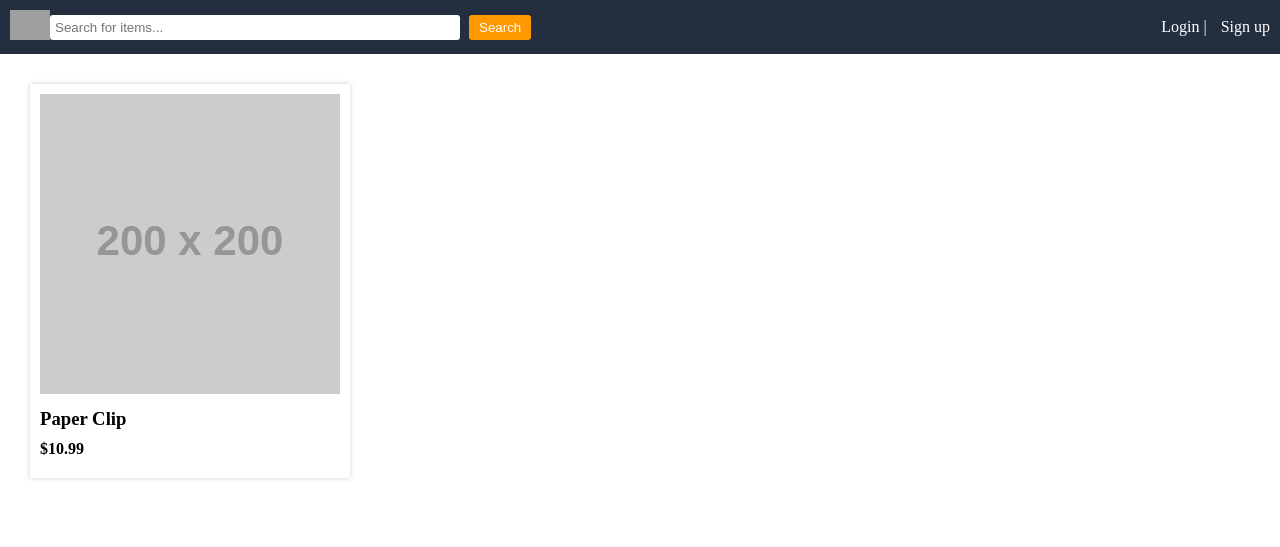
Repository: Minh-John-Le/OfficeSupplyDepot
Page: OfficeSupplyDepotServlet/src/main/webapp/MainPage.html
The author's editor kept a copy of each file at every save. The page is drawn from the files as they stood at one save, then again after the next save.
The browser window is 1280 px wide. The pictures show the whole page.
Pictures or frames that could not be fetched are drawn as grey boxes.

Above is the page before, as saved 2023-03-13 06:30:34.

After the next save:
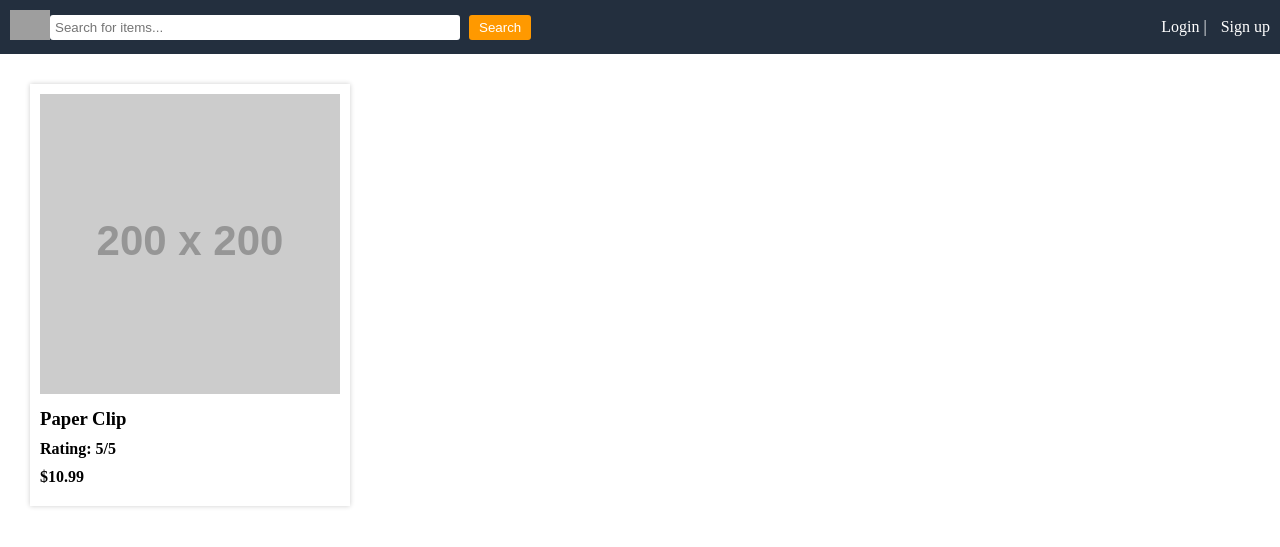
Saved 35 s later.
--- a/OfficeSupplyDepotServlet/src/main/webapp/MainPage.html
+++ b/OfficeSupplyDepotServlet/src/main/webapp/MainPage.html
@@ -22,13 +22,7 @@
 		<div class="item-box">
 			<img src="https://dummyimage.com/200x200/000/fff&text=Paperclips">
 			<h3>Paper Clip</h3>
-			<div class="rating">
-				<span class="fa fa-star checked"></span>
-				<span class="fa fa-star checked"></span>
-				<span class="fa fa-star checked"></span>
-				<span class="fa fa-star"></span>
-				<span class="fa fa-star"></span>
-			</div>
+			<p>Rating: 5/5 <p>
 			<p>$10.99</p>
 		</div>
 	</div>
